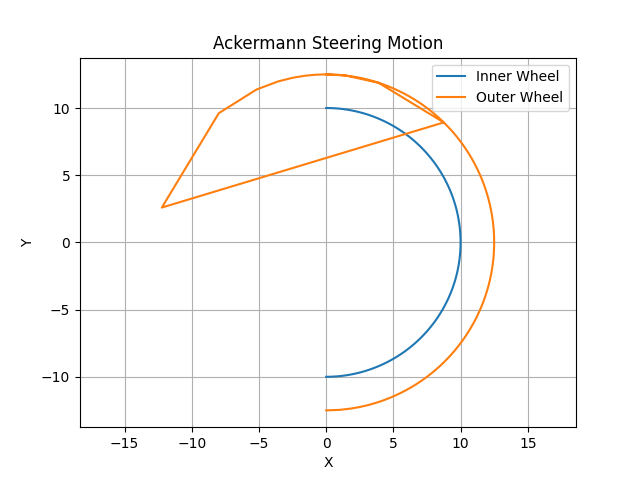
Repository: Ziller0831/MicroROS_2WD-2WS
Script's output: python ESP32_BaseController/kinematic_test.py
These files come from the project's save history. The script's output is drawn as it stood at one moment and after the next save; the edit follows.
Random numbers start from a fixed seed.

Above is the script's output before, as saved 2024-04-10 18:21:44.

### ESP32_BaseController/kinematic_test.py
import numpy as np
import matplotlib.pyplot as plt

def ackermann_steering(angle, wheelbase, turn_radius):
    """
    Calculate the steering angle for Ackermann steering geometry.
    angle: turning angle in radians
    wheelbase: distance between the front and rear axles
    turn_radius: desired turning radius
    """
    return np.arctan(wheelbase / (turn_radius - 0.5 * wheelbase * np.tan(angle)))

def plot_ackermann_motion(turn_radius, wheelbase):
    """
    Plot the trajectory of the wheels during Ackermann steering motion.
    turn_radius: desired turning radius
    wheelbase: distance between the front and rear axles
    """
    # Generate a range of turning angles
    angles = np.linspace(-np.pi / 2, np.pi / 2, 100)

    # Calculate steering angles for inner and outer wheels
    inner_steering = ackermann_steering(angles, wheelbase, turn_radius)
    outer_steering = ackermann_steering(angles, wheelbase, turn_radius + 0.5 * wheelbase)

    # Calculate trajectories for inner and outer wheels
    inner_x = turn_radius * np.cos(angles)
    inner_y = turn_radius * np.sin(angles)
    outer_x = (turn_radius + wheelbase) * np.cos(angles + inner_steering)
    outer_y = (turn_radius + wheelbase) * np.sin(angles + inner_steering)

    # Plot trajectories
    plt.plot(inner_x, inner_y, label='Inner Wheel')
    plt.plot(outer_x, outer_y, label='Outer Wheel')
    plt.xlabel('X')
    plt.ylabel('Y')
    plt.title('Ackermann Steering Motion')
    plt.axis('equal')
    plt.legend()
    plt.grid(True)
    plt.show()

# Example usage
wheelbase = 2.5  # Distance between the front and rear axles
turn_radius = 10.0  # Desired turning radius

plot_ackermann_motion(turn_radius, wheelbase)

After the next save:
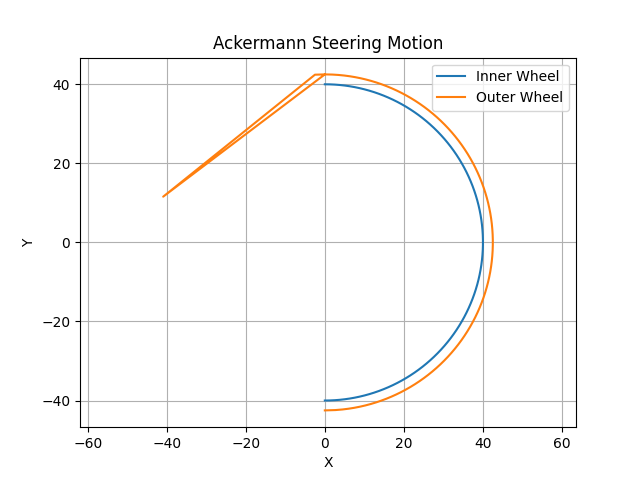
Saved 99 s later.
--- a/ESP32_BaseController/kinematic_test.py
+++ b/ESP32_BaseController/kinematic_test.py
@@ -42,6 +42,6 @@ def plot_ackermann_motion(turn_radius, wheelbase):
 
 # Example usage
 wheelbase = 2.5  # Distance between the front and rear axles
-turn_radius = 10.0  # Desired turning radius
+turn_radius = 40  # Desired turning radius
 
 plot_ackermann_motion(turn_radius, wheelbase)
